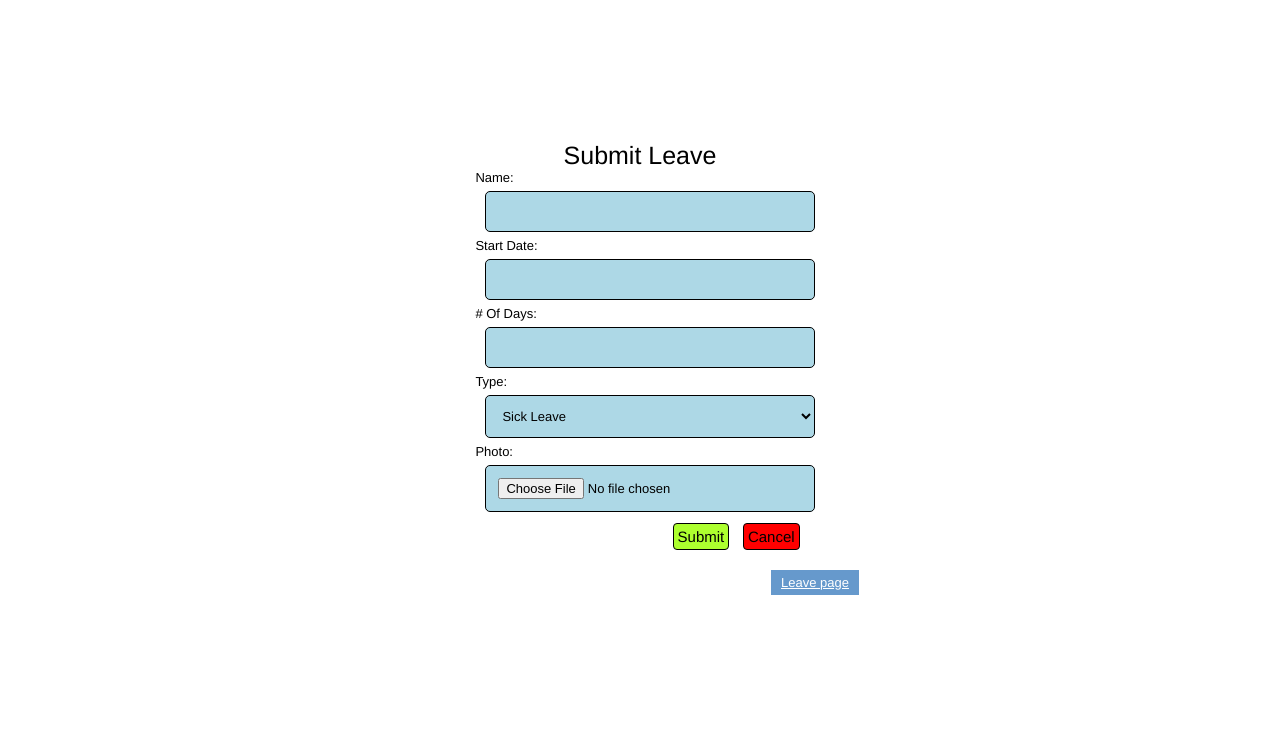
Repository: Murad71/BasicCRUD
Page: index.html
An editor plug-in stored every save of this project. The page is shown before and after the next save, followed by the edit.
The browser window is 1280 px wide. The pictures show the whole page.

Above is the page before, as saved 2023-04-18 21:47:24.

### index.html
<!DOCTYPE html>
<html lang="en">
  <head>
    <meta charset="UTF-8" />
    <meta http-equiv="X-UA-Compatible" content="IE=edge" />
    <meta name="viewport" content="width=device-width, initial-scale=1.0" />
    <link rel="stylesheet" href="index.css" />
    <title>Leave Request</title>
  </head>
  <body>
    <div class="flex1">
      <form id="form1">
        <header>Submit Leave</header>
        <div class="container">
          <label for="name">Name:</label>
          <input type="text" id="name" name="name" />
          <br />
          <label for="startdate">Start Date:</label>
          <input type="text" id="startdate" name="startdate" />
          <br />
          <label for="days"># Of Days:</label>
          <input type="text" id="days" name="days" />
          <br />
          <label for="leaves">Type:</label>
          <select id="leave" name="leaves" required>
            <option value="Sick leave">Sick Leave</option>
            <option value="Early leave">Early Leave</option>
            <option value="Vacation leave">Vacation Leave</option>
            <option value="Other">Other</option>
          </select>
          <br />
          <label for="photo">Photo:</label>
          <input type="file" id="photo" name="photo"/>
          <div class="button-container">
            <input type="submit" value="Submit" id="submitButton"/>
            <input type="reset" value="Cancel" class="cancel" />
          </div>
        </div>
      </form>
      <div class="anchorContainer">
        <a href="index1.html"> Leave page</a>
        <!--Added the hyperlink here-->
      </div>
    </div>
    <script src="script.js"></script>
  </body>
</html>

### index.css
* {
  box-sizing: border-box;
  font-family: "Franklin Gothic Medium", "Arial Narrow", Arial, sans-serif;
  font-size: small;
}

.flex1
{
  align-items: center;
  display: flex;
  justify-content: center;
  height: 100vh;
  flex-direction: column;
}

.container {
  background-color: white;
  /* padding: 5px 20px 15px 20px; */
  border: none;
  border-radius: 6px;
  flex-direction: column;
  margin-bottom: 15px;
  width: 100%;
}

header {
  font-size: 25px;
  text-align: center;
}

input[type="text"],
input[type="file"],
select,
textarea {
  width: 100%;
  padding: 12px;
  margin: 6px;
  border: 1px solid;
  border-radius: 5px;
  margin-left: 10px;
  background-color: lightblue;
}

.button-container {
  text-align: right;
}

input[type="submit"],
input[type="reset"] {
  font-size: 15px;
  border: 1px solid;
  margin: 5px;
  padding: 4px;
  background-color: greenyellow;
  border-radius: 4px;
}

input[type="reset"].cancel {
  background-color: red;
}

.anchorContainer {
  margin-left: 350px;
}

a {
  display: inline-block;
  background: #69c;
  color: #fff;
  padding: 5px 10px;
}

### script.js
let storage=JSON.parse(localStorage.getItem('store')) || [];
let index=JSON.parse(localStorage.getItem('rIndex')) || null;
const submitButtonCatch=document.getElementById("submitButton");
const img= new Image();

//after clicking the submit button
submitButtonCatch.addEventListener("click",() =>{
    const form=document.getElementById("form1");
    let object={};
    let flag=true;

    object["id"]= Date.now();
    for(let i=0;i<form.length;i++)
    {
        if(form.elements[i].name=="photo")
        {
            object[form.elements[i].name]= img.src;
        }
        else
        {
            object[form.elements[i].name]=form.elements[i].value;
        }
        if(form.elements[i].value=='')
        {
            flag=false;
            alert("WARNING: Fill all the given Input correctly.");
            break;
        }
        if(form.elements[i].name=="days" && (form.elements[i].value>7 || form.elements[i].value<1))
        {
            flag=false;
            alert("WARNING: Enter a valid number for vacation");
            break;
        }
    }

    if(flag)
    {
        alert("Your data has been submitted Successfully!!");
        if(index!=null)
        {
            storage[index]=object;
            index=null;
        }
        else storage.push(object);


        localStorage.setItem('store',JSON.stringify(storage));
        localStorage.setItem('rIndex',JSON.stringify(index));
        form.reset();
    }
});


//base64 conversion
const fileEl= document.getElementById('photo');
fileEl.addEventListener('change', () =>{

    const fr= new FileReader();
    fr.readAsDataURL(fileEl.files[0]);

    fr.addEventListener('load', ()=>{

        const url= fr.result;
        img.src= url;

    });

});


console.log(storage);



// let submitButtonClicked=document.getElementById("submitButton");
// let indx=0;
// let flag= true;
// let obj={};

// submitButtonClicked.addEventListener('click',() =>{

//     const form= document.getElementById('form1');
//     obj["id"]= indx;
//     indx++;
//     for(let i=0; i<form.length; i++)
//     {
//         obj[form.elements[i].name]=form.elements[i].value;
//         if(form.elements[i].value=='')
//         {
//             flag=false;
//             alert("WARNING: Fill all the given Input correctly.");
//             break;
//         }
//         if(form.elements[i].name=="days" && (form.elements[i].value>7 || form.elements[i].value<1))
//         {
//             flag=false;
//             alert("WARNING: Enter a valid number for vacation");
//             break;
//         }
//     }

//     if(flag)
//     {
//         alert("Data entered successfully!");
//         insertData();
//     }

// });


// function intertData()
// {
//     const table = document.getElementsByClassName("tbody1")[0];
//           var row=document.createElement('tr');
//            row.innerHTML = `<td>${obj.name}</td>
//                 <td>${obj.startdate}</td>
//                 <td>${obj.days}</td>
//                 <td>${obj.leaves}</td>
//                 <td><img id="img" src=${obj.photo} alt=""></td>
//                 <td><a href="index.html" id="edit">Edit</a> <input type='button' value= 'Reject' name=${obj.id} id="reject"/></td>`;
//             table.appendChild(row);
// }

After the next save:
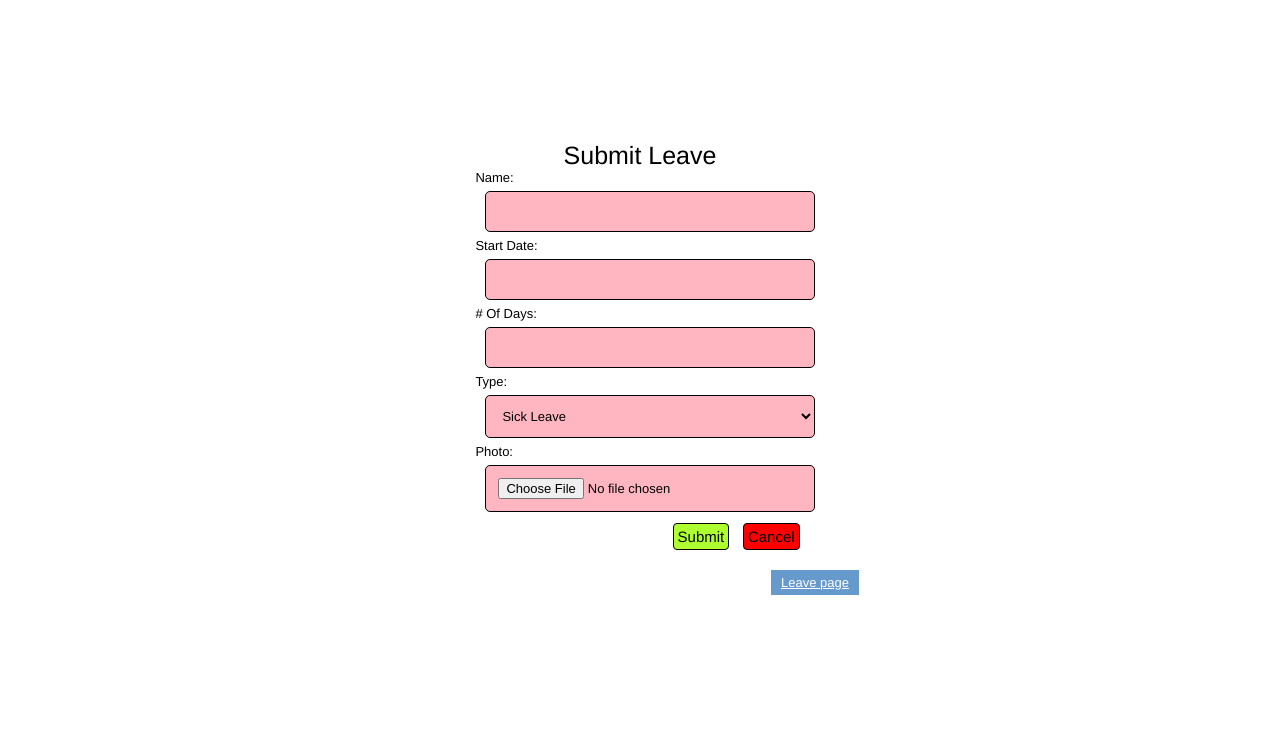
Saved 44 s later.
--- a/index.css
+++ b/index.css
@@ -38,7 +38,7 @@ textarea {
   border: 1px solid;
   border-radius: 5px;
   margin-left: 10px;
-  background-color: lightblue;
+  background-color: lightpink;
 }
 
 .button-container {
